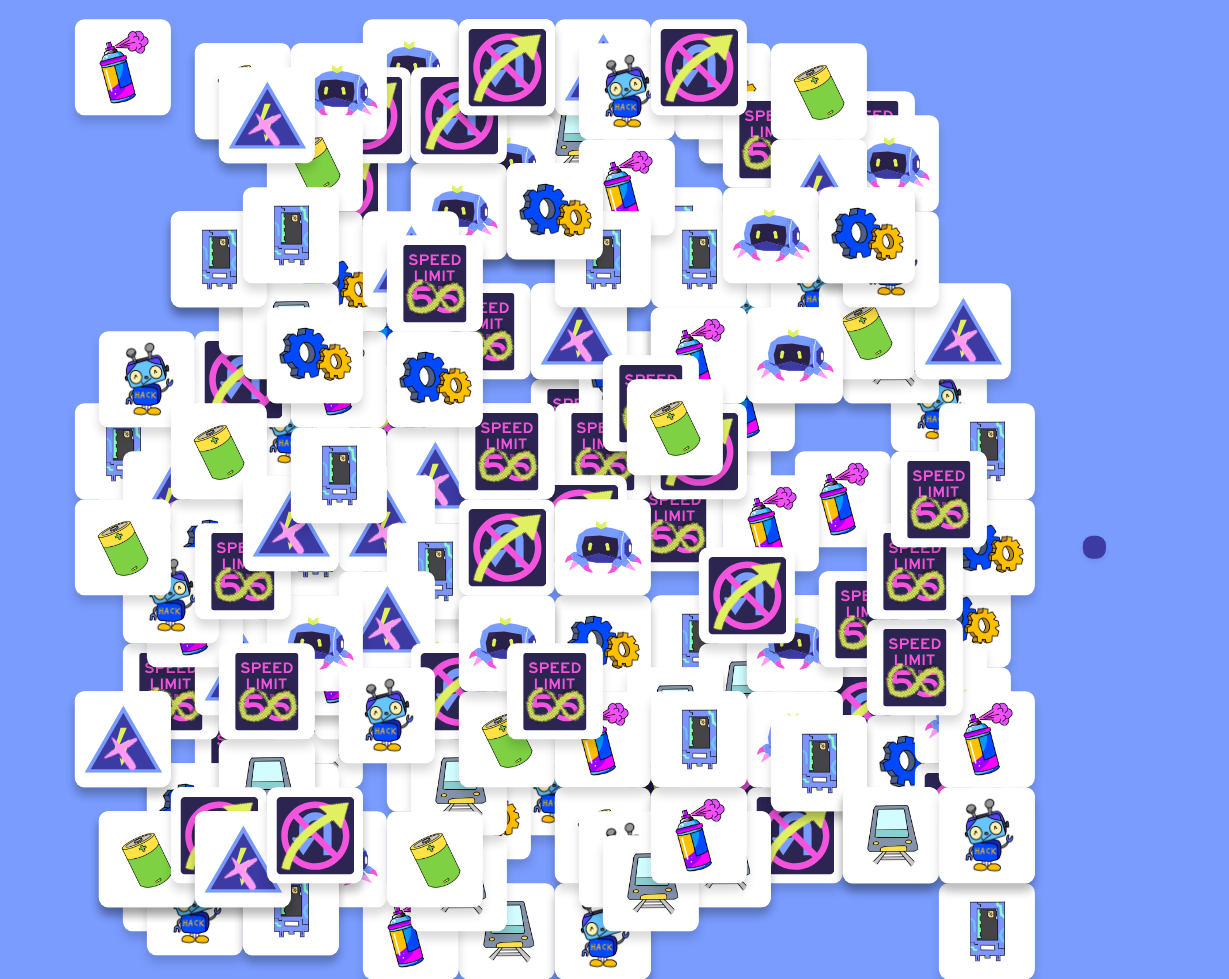
Repository: Avril-Cui/hack-puzzle
Page: / (app in client/)
The author's editor kept a copy of each file at every save. The page is drawn from the files as they stood at one save, then again after the next save.
The browser window is 1280 px wide. The pictures show the whole page, at 96% of full size.
The project was rebuilt for these pictures with package versions that can differ from the ones it lists, and the page was loaded fresh each time. The framework's server and built-in components were replaced by stand-ins that run in the browser. Also part of the build but not shown: client/next.config.ts.

Above is the page before, as saved 2025-06-11 19:47:43.

After the next save:
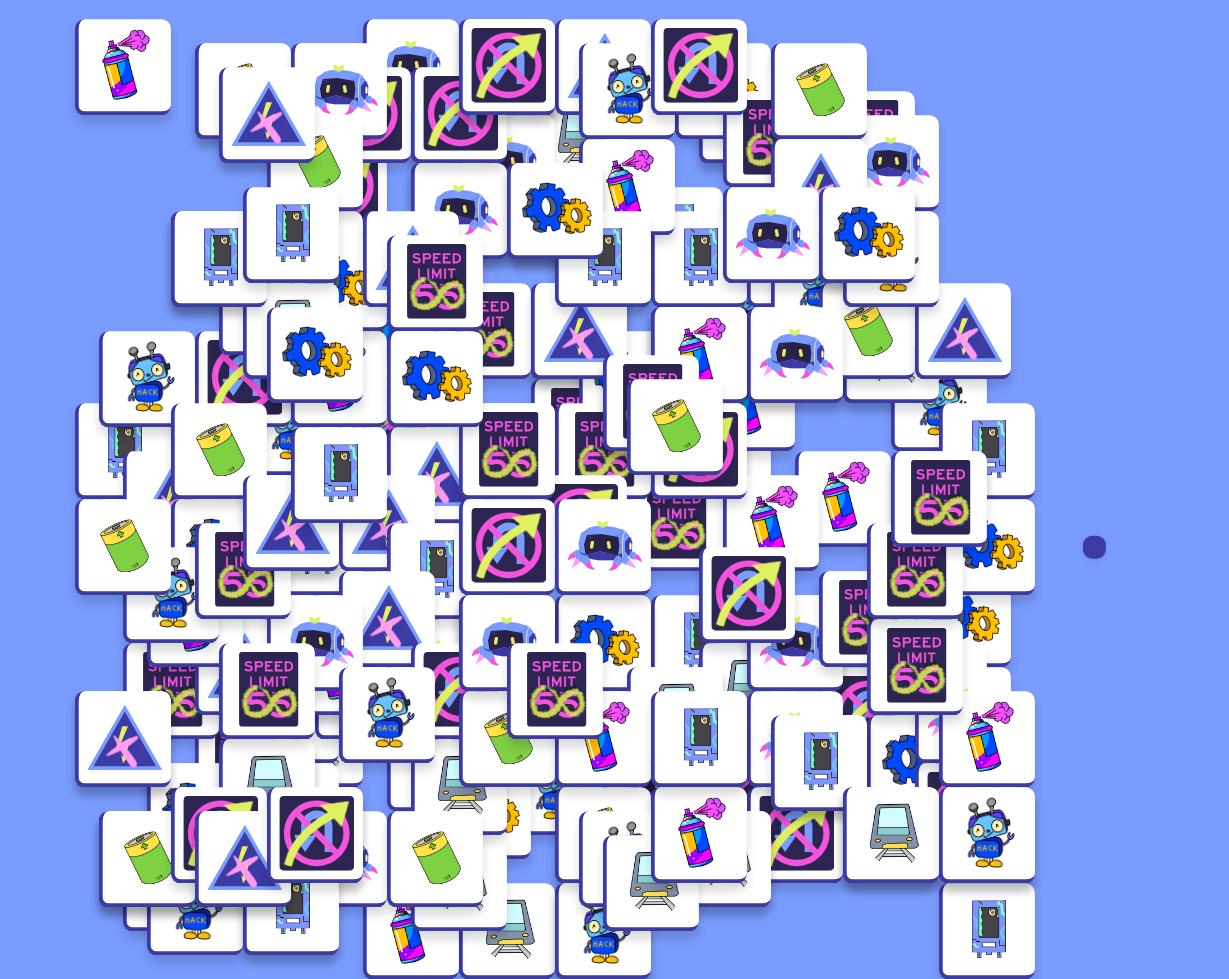
Saved 15 s later.
--- a/client/components/Game.module.css
+++ b/client/components/Game.module.css
@@ -20,6 +20,8 @@
   background: white;
   border-radius: 10px;
   font-size: 40px;
+  border-left: 4px solid #3C3AA3;
+  border-bottom: 4px solid #3C3AA3;
   display: flex;
   align-items: center;
   justify-content: center;
